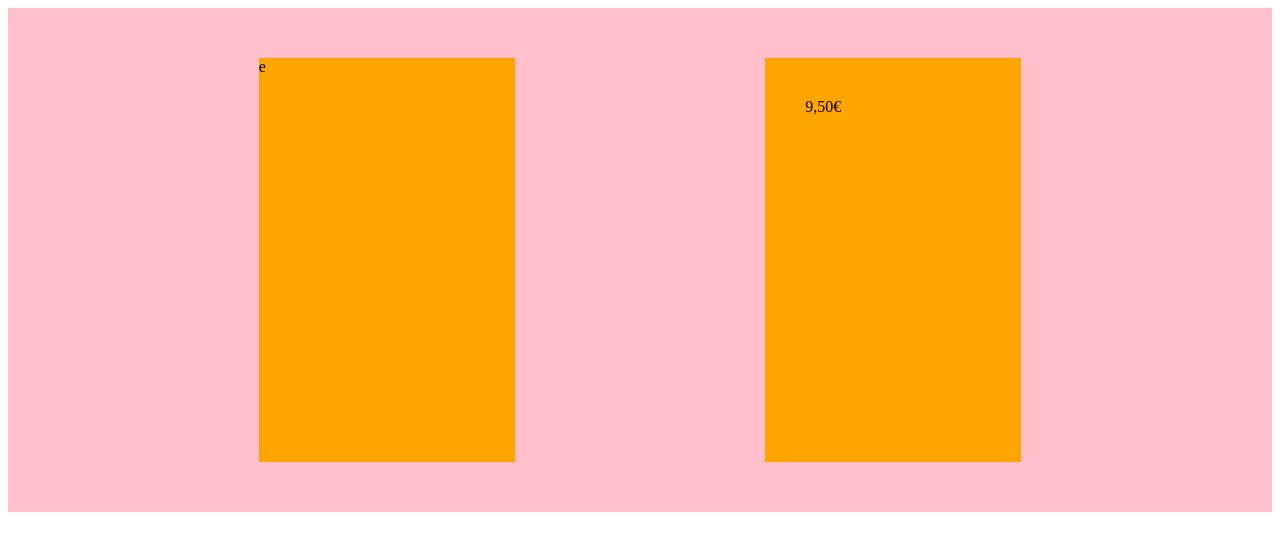
Repository: mel-in-a/vinted-front-clone
Page: html/offer.html
These files come from the project's save history. The page is drawn as it stood at one moment and after the next save; the edit follows.
The browser window is 1280 px wide. The pictures show the whole page.

Above is the page before, as saved 2021-07-29 16:23:32.

After the next save:
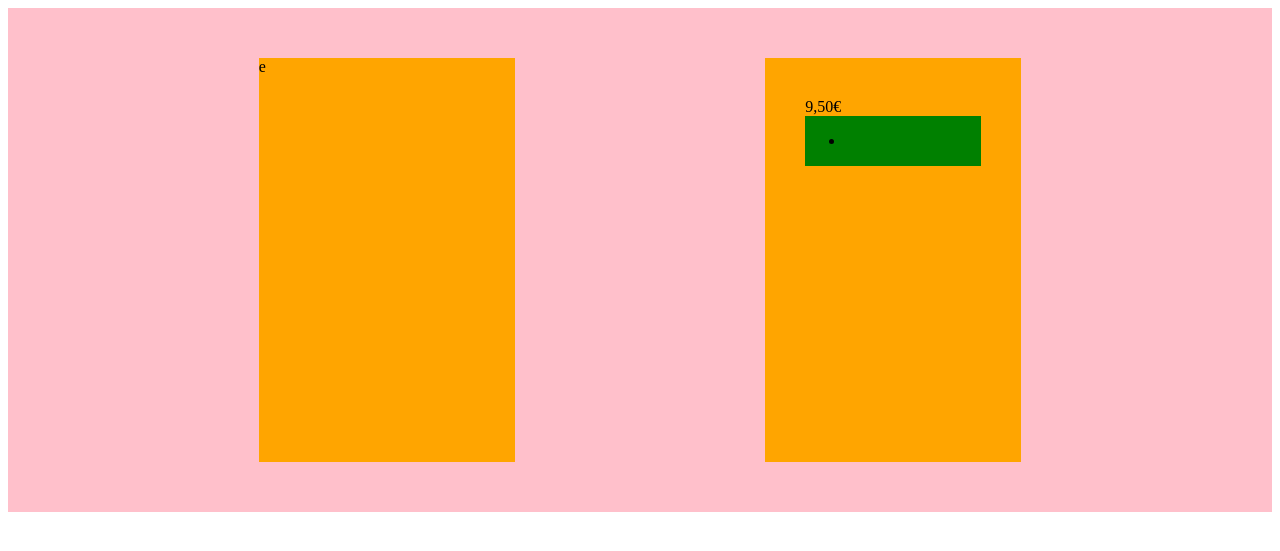
Saved 3 min 15 s later.
--- a/html/offer.html
+++ b/html/offer.html
@@ -14,7 +14,11 @@
             <div class="right">
                 <div class="price">9,50€</div>
                 <div class="horizontal">
-                    <div class=""></div>
+                    <div class="">
+                        <ul>
+                            <li></li>
+                        </ul>
+                    </div>
                     <div class=""></div>
                 </div>
             </div>
